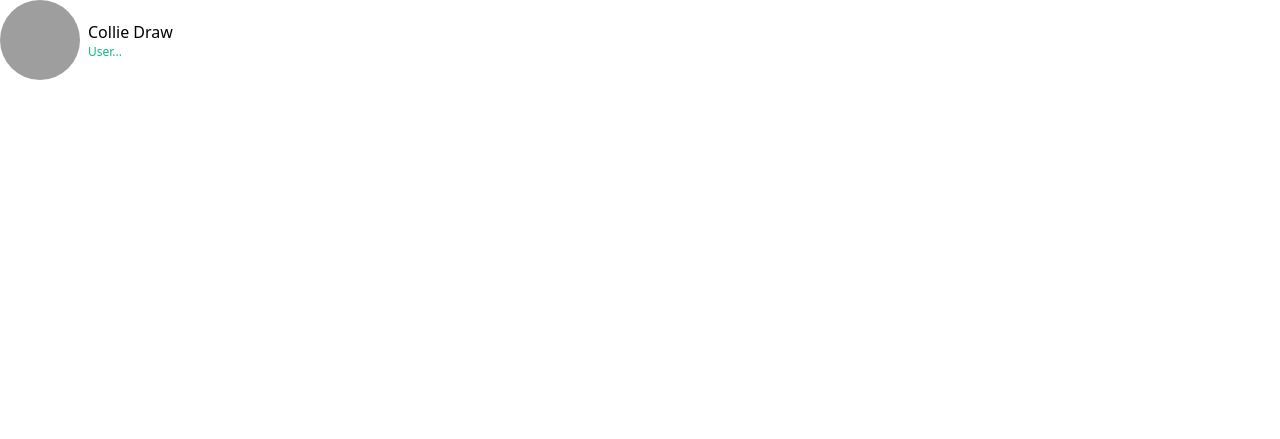
Repository: dcolind/BlockChain-Lotto
Page: /
The author's editor kept a copy of each file at every save. The page is drawn from the files as they stood at one save, then again after a run of saves.
The browser window is 1280 px wide. The pictures show the whole page.
Pictures or frames that could not be fetched are drawn as grey boxes. The project was rebuilt for these pictures with package versions that can differ from the ones it lists, and the page was loaded fresh each time. The framework's server and built-in components were replaced by stand-ins that run in the browser. Also part of the build but not shown: next.config.js.

Above is the page before, as saved 2022-08-30 11:25:45.

After the next 2 saves:
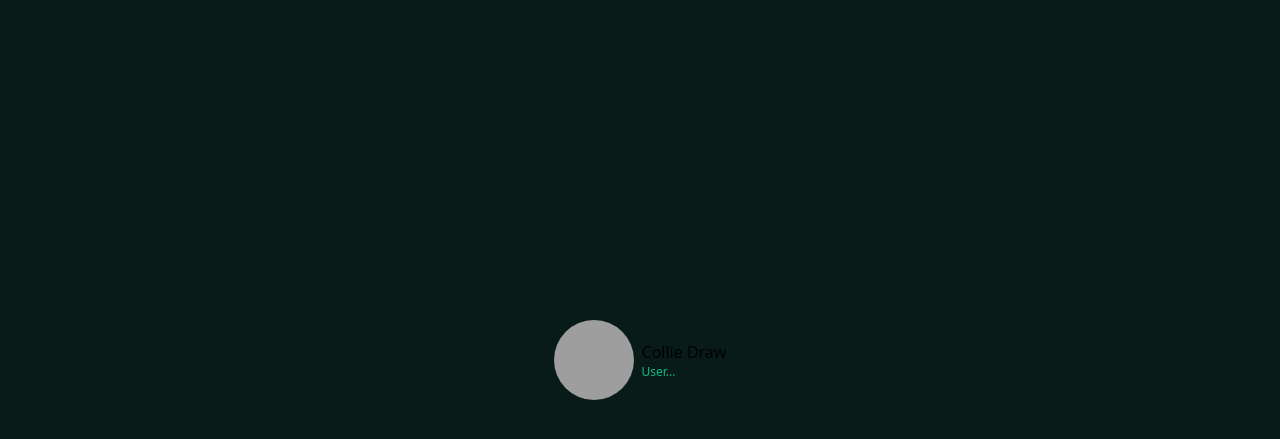
The 2 saves are shown as one change because they came seconds apart.
The last was saved 30 s later.
--- a/pages/index.tsx
+++ b/pages/index.tsx
@@ -5,7 +5,7 @@ import Header from '../components/Header'
 
 const Home: NextPage = () => {
   return (
-    <div className="bg-">
+    <div className="bg-[#091B18] h-screen flex flex-col items-center justify-center">
       <Head>
         <title>Collie Lottery</title>
         <link rel="icon" href="/favicon.ico" />
